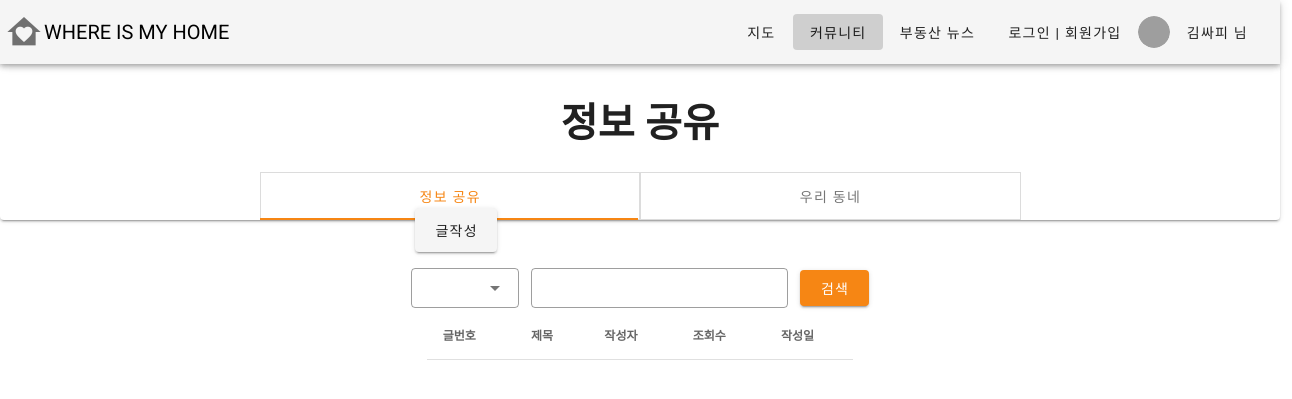
Repository: misso88/vue-whereIsMyHome
Page: /community
These files come from the project's save history. The page is drawn as it stood at one moment and after the next save; the edit follows.
The browser window is 1280 px wide. The page is 1292 px wide, so the pictures cover 1292 px, including what lies to the right of the window. The pictures show the whole page.
Pictures or frames that could not be fetched are drawn as grey boxes. The page's requests for data from a server got no answer. The project was rebuilt for these pictures with package versions that can differ from the ones it lists, and the page was loaded fresh each time. No one was signed in, and anything a server would have sent is missing. Also part of the build but not shown: vue.config.js, src/components/house/map/filter/LocationSelect.vue, src/components/house/HouseSearch.vue, src/views/AppMain.vue, src/views/AppHouse.vue, src/components/board/item/BoardListItem.vue, src/components/board/BoardMain.vue. Imported but missing from the stored project, and not drawn on this page: src/assets/main.mp4.

Above is the page before, as saved 2022-11-24 09:16:16.

### public/index.html
<!DOCTYPE html>
<html lang="en">
  <head>
    <meta charset="utf-8" />
    <meta http-equiv="X-UA-Compatible" content="IE=edge" />
    <meta name="viewport" content="width=device-width,initial-scale=1.0" />
    <link rel="icon" href="<%= BASE_URL %>favicon.ico" />
    <title><%= htmlWebpackPlugin.options.title %></title>
    <link
      rel="stylesheet"
      href="https://fonts.googleapis.com/css?family=Roboto:100,300,400,500,700,900"
    />
    <link
      rel="stylesheet"
      href="https://cdn.jsdelivr.net/npm/@mdi/font@latest/css/materialdesignicons.min.css"
    />
    <link
      rel="stylesheet"
      href="https://fonts.googleapis.com/css?family=Roboto:100,300,400,500,700,900"
    />
    <link
      rel="stylesheet"
      href="https://cdn.jsdelivr.net/npm/@mdi/font@latest/css/materialdesignicons.min.css"
    />
    <!-- <style>
      html{
        overflow-y: hidden !important;
      }
    </style> -->
  </head>
  <body>
    <noscript>
      <strong
        >We're sorry but <%= htmlWebpackPlugin.options.title %> doesn't work properly without
        JavaScript enabled. Please enable it to continue.</strong
      >
    </noscript>
    <div id="app"></div>
    <!-- built files will be auto injected -->
  </body>
</html>

### src/App.vue
<template>
  <v-app>
    <the-header></the-header>
    <router-view></router-view>
  </v-app>
</template>

<script>
import TheHeader from "@/components/layout/TheHeader";

export default {
  name: "App",
  components: {
    TheHeader,
  },
};
</script>

### src/router/index.js
import Vue from "vue";
import VueRouter from "vue-router";

import AppMain from "@/views/AppMain";
import AppHouse from "@/views/AppHouse";
// import AppCommunity from '@/views/AppCommunity'
// import AppNews from '@/views/AppNews'
// import AppMember from '@/views/AppMember'

Vue.use(VueRouter);

const routes = [
  {
    path: "/",
    name: "main",
    component: AppMain,
  },
  {
    path: "/map",
    name: "map",
    component: AppHouse,
    redirect: "/map/main",
    children: [
      {
        path: "main",
        name: "housemain",
        component: () => import("@/components/house/HouseMain"),
      },
      {
        path: "detail",
        name: "houseDetail",
        component: () => import("@/components/house/HouseDetail"),
      },
    ],
  },
  {
    path: "/community",
    name: "community",
    component: () => import("@/views/AppCommunity"),
    redirect: "/community/main",
    children: [
      {
        path: "main",
        name: "boardmain",
        component: () => import("@/components/board/BoardMain"),
      },
      {
        path: "list",
        name: "boardlist",
        component: () => import("@/components/board/BoardList"),
      },
      {
        path: "write",
        name: "boardwrite",
        component: () => import("@/components/board/BoardWrite"),
      },
      {
        path: "detail/:articleno",
        name: "boarddetail",
        component: () => import("@/components/board/BoardDetail"),
      },
      {
        path: "update",
        name: "boardupdate",
        component: () => import("@/components/board/BoardUpdate"),
      },
    ],
  },
  {
    path: "/news",
    name: "news",
    component: () => import("@/views/AppNews"),
  },
  // {
  //   path: '/house',
  //   name: 'house',
  //   component: () => import("@/views/AppHouse"),
  //   children: [
  //     {
  //       path: "login",
  //       name: "login",
  //       component: () => import("@/components/member/MemberLogin")
  //     },
  //     {
  //       path: "join",
  //       name: "join",
  //       component: () => import("@/components/member/MemberJoin")
  //     },
  //   ]
  // },
  {
    path: "/member",
    name: "member",
    component: () => import("@/views/AppMember"),
    redirect: "/member/login",
    children: [
      {
        path: "login",
        name: "login",
        component: () => import("@/components/member/MemberLogin"),
      },
      {
        path: "findpw",
        name: "findpw",
        component: () => import("@/components/member/MemberFindPw"),
      },
      {
        path: "auth",
        name: "auth",
        component: () => import("@/components/member/MemberAuth"),
      },
      {
        path: "updatepw",
        name: "updatepw",
        component: () => import("@/components/member/MemberUpdatePw"),
      },
      {
        path: "join",
        name: "join",
        component: () => import("@/components/member/MemberJoin"),
      },
    ],
  },
  {
    path: "/mypage",
    name: "mypage",
    component: () => import("@/views/AppMypage"),
    children: [
      {
        path: "myinfo",
        name: "myinfo",
        component: () => import("@/components/mypage/MyInfo"),
      },
      {
        path: "wishlist",
        name: "wishlist",
        component: () => import("@/components/mypage/MyWishlist"),
      },
      {
        path: "mycommunity",
        name: "mycommunity",
        component: () => import("@/components/mypage/MyCommunity"),
      },
    ],
  },
  {
    path: "/notice",
    name: "notice",
    component: () => import("@/views/AppNotice"),
  },
  {
    path: "/helpcenter",
    name: "helpcenter",
    component: () => import("@/views/AppHelpcenter"),
    redirect: "/helpcenter/qna",
    children: [
      {
        path: "qna",
        name: "qna",
        component: () => import("@/components/etc/TheQna"),
      },
      {
        path: "faq",
        name: "faq",
        component: () => import("@/components/etc/TheFaq"),
      },
    ],
  },
];

const router = new VueRouter({
  mode: "history",
  base: process.env.BASE_URL,
  routes,
});

export default router;

### src/store/index.js
import Vue from "vue";
import Vuex from "vuex";
import createPersistedState from "vuex-persistedstate";

// module import
import mainStore from "@/store/modules/mainStore";
import boardStore from "@/store/modules/boardStore";
import mypageStore from "@/store/modules/mypageStore";
import memberStore from "@/store/modules/memberStore";
import aptSearchStore from "@/store/modules/aptSearchStore";

Vue.use(Vuex);

let store = new Vuex.Store({
  namespaced: true,

  // 모듈 추가
  modules: {
    aptSearchStore,
    mainStore,
    boardStore,
    memberStore,
    mypageStore,
  },
  plugins: [
    createPersistedState({
      // 브라우저 종료시 제거하기 위해 localStorage가 아닌 sessionStorage로 변경. (default: localStorage)
      storage: sessionStorage,
    }),
  ],
});

export default store;

### src/plugins/vuetify.js
import Vue from 'vue';
import Vuetify from 'vuetify/lib';

Vue.use(Vuetify);

export default new Vuetify({
    theme: {
        themes: {
            light: {
                primary: '#F68614'
            },
            dark: {

            }
        }
    },
    icons: {
        iconfont: 'mdiSvg', // 'mdi' || 'mdiSvg' || 'md' || 'fa' || 'fa4' || 'faSvg'
    },
});

### src/components/layout/TheHeader.vue
<template>
  <v-app-bar app clipped-left fixed style="z-index: 2">
    <!-- 홈 버튼 아이콘 + 서비스 제목 -->
    <router-link :to="{ name: 'main' }">
      <v-row align="center">
        <v-icon x-large>mdi-home-heart</v-icon>
        <v-toolbar-title default>WHERE IS MY HOME</v-toolbar-title>
      </v-row>
    </router-link>

    <v-spacer></v-spacer>

    <!-- 메뉴 -->
    <v-btn v-for="menu in menus" :key="menu.link" :to="{ name: menu.link }" text>
      {{ menu.value }}
    </v-btn>

    <!-- 프로필 -->
    <v-avatar size="32">
      <img src="https://cdn.vuetifyjs.com/images/john.jpg" alt="John" />
    </v-avatar>
    <v-menu offset-y>
      <template v-slot:activator="{ on, attrs }">
        <v-btn color="transparent" elevation="0" v-bind="attrs" v-on="on"> 김싸피 님 </v-btn>
      </template>
      <v-list>
        <v-list-item>
          <v-row>
            <v-col>
              <v-avatar size="36">
                <img src="https://cdn.vuetifyjs.com/images/john.jpg" alt="John" />
              </v-avatar>
            </v-col>
            <v-col>
              <v-list-item-title class="text-h6"> 김싸피 </v-list-item-title>
              <v-list-item-subtitle>ssafy@ssafy.com</v-list-item-subtitle>
            </v-col>
          </v-row>
        </v-list-item>
      </v-list>
      <v-divider class="grey"></v-divider>
      <v-list>
        <v-list-item v-for="(item, index) in mypage" :key="index" class="justify-space-around">
          <v-icon>mdi-{{ item.icon }}</v-icon>
          <v-btn :to="{ name: item.link }" text> {{ item.value }}</v-btn>
        </v-list-item>
      </v-list>
    </v-menu>
  </v-app-bar>
</template>

<script>
export default {
  name: "TheHeader",
  data() {
    return {
      menus: [
        {
          link: "map",
          value: "지도",
        },
        {
          link: "community",
          value: "커뮤니티",
        },
        {
          link: "news",
          value: "부동산 뉴스",
        },
        {
          link: "login",
          value: "로그인 | 회원가입",
        },
      ],
      mypage: [
        {
          link: "myinfo",
          value: "내정보",
          icon: "account",
        },
        {
          link: "wishlist",
          value: "찜 목록",
          icon: "cards-heart",
        },
        {
          link: "mycommunity",
          value: "내글 목록",
          icon: "pencil-box-multiple",
        },
        {
          link: "notice",
          value: "공지사항",
          icon: "bullhorn",
        },
        {
          link: "helpcenter",
          value: "고객센터",
          icon: "face-agent",
        },
        {
          link: "main",
          value: "로그아웃",
          icon: "account-arrow-right-outline",
        },
      ],
    };
  },
};
</script>

<style>
a {
  text-decoration: none;
}
a > div {
  color: black;
}
</style>

### src/views/AppCommunity.vue
<template>
  <v-main>
    <board-header></board-header>
    <v-row>
    <v-spacer/>
    <v-col :cols="mainWidth">
      <v-row align="center" justify="space-between">
        <v-btn large>글작성</v-btn>
        <search-bar></search-bar>
      </v-row>
      <!-- <router-view></router-view> -->
      <board-list></board-list>
    </v-col>
  <v-spacer/>
  </v-row>
  </v-main>
</template>

<script>
import BoardHeader from "@/components/board/BoardHeader.vue";
import SearchBar from "@/components/layout/SearchBar.vue";
import BoardList from "@/components/board/BoardList.vue";

export default {
  name: "AppCommunity",
  components: { BoardHeader, SearchBar, BoardList },
  data() {
    return {
      mainWidth: this.$store.getters.mainWidth,
      options: [
        {
          text:"제목",
          value:"title",
        },
        {
          text:"내용",
          value:"contents"
        },
        {
          text:"작성자",
          value:"author"
        },
      ]
    };
  },
  created() {
    console.log("cr", this.mainWidth);
  }
};
</script>

<style>

</style>

### src/components/board/BoardList.vue
<template>
  <div>
    <!-- <h2>List {{ getTab }}</h2> -->
    <v-simple-table>
      <thead>
        <tr>
          <th v-for="header in headers" :key="header">{{ header }}</th>
        </tr>
      </thead>
      <tbody>
        <board-list-item v-for="article in getList" :key="article.articleNo" v-bind="article"></board-list-item>
      </tbody>
    </v-simple-table>
  </div>
</template>

<script>
import BoardListItem from "@/components/board/item/BoardListItem";
import { listArticle } from "@/api/board";

export default {
  name: "BoardList",
  data() {
    return {
      headers: ["글번호", "제목", "작성자", "조회수", "작성일"],
      articles: [],
    };
  },
  components: {
    BoardListItem,
  },
  computed: {
    getTab() {
      console.log();
      return this.$store.state.boardStore.categoryTab;
    },
    getList() {
      let param = {
        category: this.$store.state.boardStore.categoryTab == 0 ? "share" : "local",
        pgno: this.$store.state.boardStore.pgno,
        pageSize: this.$store.state.boardStore.pageSize,
        option: this.$store.state.boardStore.option,
        keyword: this.$store.state.boardStore.keyword,
      };
      listArticle(
        param,
        ({ data }) => {
          this.articles = data;
          console.log(this.articles);
        },
        (error) => {
          console.log(error);
        }
      );
      return this.articles;
    },
  },
};
</script>

<style></style>

### src/store/modules/mainStore.js
let mainStore = {
  namespaced: true,
  state: {
    mainWidth: 7,
  },
  getters: {},
  mutations: {},
  actions: {},
};

export default mainStore;

### src/store/modules/boardStore.js
import axios from 'axios';

let boardStore = {
  namespaced: true,
  state: {
    boardList: [],
    searchOptions: [], // 제목, 내용, 작성자
    categoryTab: 0, // 정보공유, 우리동네
    pgno: 1,
    pageSize: 10,
    option: null,
    keyword: null,
    pageLength: 1,
  },
  getters: {},
  mutations: {
    SET_CATEGORY_TAB(state, tab) {
      state.categoryTab = tab;
    },
    SET_SEARCH_OPTIONS(state, options) {
      state.searchOptions = options;
    },
    SET_OPTION(state, option) {
      state.option = option;
    },
    SET_KEYWORD(state, keyword) {
      state.keyword = keyword;
    },
    SET_BOARD_LIST(state, boardList) {
      state.boardList = boardList;
    },
    SET_PAGE_LENGTH(state, pageLength) {
      state.pageLength = pageLength;
    },
  },
  actions: {
    async getBoardList(context) {
      await axios.get(`${process.env.VUE_APP_BACKEND_SERVER_URL}/board/${this.state.categoryTab}/${this.state.pgno}/${this.state.pageSize}`)
        .then(({ data }) => {
          context.commit("SET_PAGE_LENGTH", data.pageLength);
          context.commit("SET_BOARD_LIST", data.list);
        });
    },
    async searchArticles(context) {
      await axios.get(`${process.env.VUE_APP_BACKEND_SERVER_URL}/board/${this.state.categoryTab}/${this.state.pgno}/${this.state.pageSize}/${this.state.option}/${this.state.keyword}`)
        .then(({ data }) => {
          context.commit("SET_BOARD_LIST", data);
        });
    },

  },
};

export default boardStore;

### src/store/modules/mypageStore.js
let mypageStore = {
    namespaced: true,
    state: {
      mypageTab: 0,
    },
    getters: {},
    mutations: {
      SET_MYPAGE_TAB(state, tab) {
        state.mypageTab = tab;
      },
    },
    actions: {},
  };

  export default mypageStore;

### src/store/modules/memberStore.js
// import axios from 'axios';

let memberStore = {
    namespaced: true,
    state: {
        isLogin: false,
        isLoginError: false,
        userInfo: null,
        isValidToken: false,
    },
};

export default memberStore;

### src/store/modules/AptSearchStore.js
import axios from 'axios';

export default {
  state: {
    sidoList: [],
    gugunList: [],
    dongList: [],
    aptList: [],
    currentLocation: null,
  },
  mutations: {
    SET_SIDO(state, sidoList) {
      console.log("SET_SIDO called!!")
      let list = [];
      for (const sido of sidoList) {
        list.push(sido);
      }
      state.sidoList = list;
      console.log("state.sidoList ↓");
      console.dir(state.sidoList);
    },
    SET_GUGUN(state, gugunList) {
      console.log("SET_GUGUN called!!");
      let list = [];
      for (const gugun of gugunList) {
        list.push(gugun);
      }
      state.gugunList = list;
      console.log("state.gugunList ↓");
      console.dir(state.gugunList);
    },
    SET_DONG(state, dongList) {
      console.log("SET_DONG called!!");
      let list = [];
      for (const dong of dongList) {
        list.push(dong);
      }
      state.dongList = list;
      console.log("state.dongList ↓");
      console.dir(state.dongList);
    },
    SET_APT_LIST(state, aptList) {
      console.log("SET_APT_LIST called!!");
      let list = [];
      for (const apt of aptList) {
        list.push(apt);
      }
      state.aptList = list;
      console.log("state.aptList ↓");
      console.dir(state.aptList);
    },
    SET_CURRENT_LOCATION(state, location) {
      state.currentLocation = location;
    },
  },
  actions: {
    async getSidoList(context) {
      console.log("getSidoList called!!");
      await axios.get(`${process.env.VUE_APP_BACKEND_SERVER_URL}/house/sido`)
        .then(({ data }) => {
          console.log("sido data is arrived!");
          context.commit("SET_SIDO", data);
        });
    },
    async getGugunList(context, sidoCode) {
      console.log("getGugunList called!!");
      console.log("param sido: ", sidoCode);
      await axios.get(`${process.env.VUE_APP_BACKEND_SERVER_URL}/house/gugun/${sidoCode}`)
        .then(({ data }) => {
          console.log("gugun data is arrived!");
          context.commit("SET_GUGUN", data);
        });
    },
    async getDongList(context, gugunCode) {
      console.log("getDongList called!!");
      console.log("param gugun: ", gugunCode);
      await axios.get(`${process.env.VUE_APP_BACKEND_SERVER_URL}/house/dong/${gugunCode}`)
        .then(({ data }) => {
          console.log("dong data is arrived!");
          context.commit("SET_DONG", data);
        });
    },
    async getAptListBySelect(context, param) {
      console.log("getAptListBySelect called!!");
      console.log("param code: ", param.code);
      console.log("param date: ", param.yearMonth);
      await axios.get(`${process.env.VUE_APP_BACKEND_SERVER_URL}/house/apt/${param.code}/${param.yearMonth}`)
        .then(({ data }) => {
          console.log("apt list arrived!");
          context.commit("SET_APT_LIST", data);
        });
    },
  },
};

### src/components/board/BoardHeader.vue
<template>
  <v-card id="tab">
    <v-card-title class="text-center justify-center py-6">
      <h1 class="font-weight-bold ma-5">
        {{ tabs[tab] }}
      </h1>
    </v-card-title>
    <v-row>
      <v-spacer />
      <v-col :cols="mainWidth" class="pa-0">
        <v-tabs  v-model="tab" grow>
          <v-tab v-for="(tab, index) in tabs" :key="index" @click="clickTab(index)" style="border: 1px solid gainsboro">
            {{ tab }}
          </v-tab>
        </v-tabs>
      </v-col>
      <v-spacer />
    </v-row>
  </v-card>
</template>

<script>
import { mapMutations } from "vuex";

export default {
  name: "BoardHeader",
  data() {
    return {
      mainWidth: this.$store.state.mainStore.mainWidth,
      tab: this.$store.state.boardStore.communityTab,
      tabs: ["정보 공유", "우리 동네"],
    };
  },
  methods: {
    ...mapMutations("boardStore", ["SET_COMMUNITY_TAB"]),
    clickTab(selectedTab) {
      this.SET_COMMUNITY_TAB(selectedTab);
    },
  },
};
</script>

<style>
#tab {
/* background-color: rgba(255, 122, 255, 0.911); */
}
</style>

### src/components/layout/SearchBar.vue
<template>
  <div>
    <v-row class="my-1 pa-1" align="center">
      <v-col cols="3" class="pa-1">
        <v-select v-model="option" :items="getOptions" dense outlined hide-details></v-select>
      </v-col>
      <v-col cols="7" class="pa-2">
        <v-text-field v-model="keyword" type="text" outlined hide-details dense></v-text-field>
      </v-col>
      <v-col cols="2" class="pa-1">
        <v-btn color="primary" width="100%" @click="search">검색</v-btn>
      </v-col>
    </v-row>
  </div>
</template>

<script>
import { mapMutations } from "vuex";

export default {
  name: "BoardSearch",
  data() {
    return {
      option: {
        text: "제목",
        value: "title",
      },
      keyword: "",
    };
  },
  computed: {
    getOptions() {
      return this.$store.state.boardStore.searchOptions;
    },
  },
  methods: {
    ...mapMutations("boardStore", ["SET_OPTION", "SET_KEYWORD"]),
    search() {
      this.SET_OPTION(this.option.value);
      this.SET_KEYWORD(this.keyword);
    },
  },
};
</script>

<style>
.search {
  height: 50px;
}
</style>

### src/api/board.js
import { apiInstance } from "./index";

const api = apiInstance();
const board = "/board";

// /{category}
function listArticle(param, success, fail) {
  api.get(`${board}`, {params: param}).then(success).catch(fail);
}

// /{articleNo}
function getArticle(articleNo, success, fail) {
  api.get(`${board}/view/${articleNo}`).then(success).catch(fail);
}

// /{category}/{pgno}/{pageSize}/{option}/{keyword}
// function getBoardList(param, success, fail) {
//   api.get(`${board}`, { params: param }).then(success).catch(fail);
// }

function writeArticle(article, success, fail) {
  api.post(`${board}`, JSON.stringify(article)).then(success).catch(fail);
}

function modifyArticle(article, success, fail) {
  api.put(`${board}`, JSON.stringify(article)).then(success).catch(fail);
}

function updateHit(article, success, fail) {
  api.put(`${board}/hit`, JSON.stringify(article)).then(success).catch(fail);
}

function updateLike(article, success, fail) {
  api.put(`${board}/like`, JSON.stringify(article)).then(success).catch(fail);
}

// /{articleNo}
function deleteArticle(articleNo, success, fail) {
  api.delete(`${board}/${articleNo}`).then(success).catch(fail);
}

export { listArticle, getArticle, writeArticle, modifyArticle, updateHit, updateLike, deleteArticle };

### src/api/index.js
import axios from "axios";

function apiInstance() {
  const instance = axios.create({
    baseURL: process.env.VUE_APP_BACKEND_SERVER_URL,
    headers: {
      "Content-Type": "application/json;charset=utf-8",
    },
  });
  return instance;
}

export { apiInstance };

Loaded but not shown: src/main.js (common file)

After the next save:
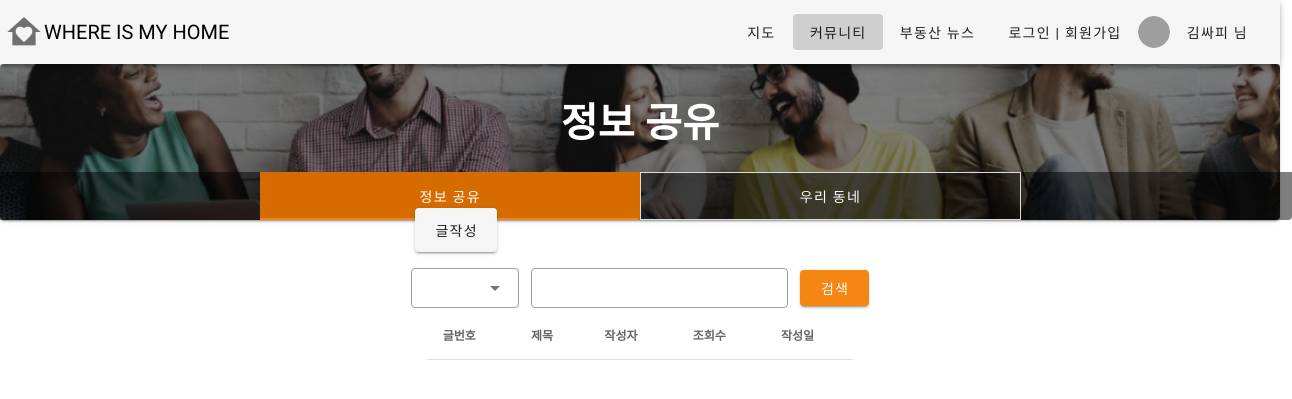
Saved 45 s later.
--- a/src/components/board/BoardHeader.vue
+++ b/src/components/board/BoardHeader.vue
@@ -1,15 +1,22 @@
 <template>
-  <v-card id="tab">
+  <v-card id="boardTab">
     <v-card-title class="text-center justify-center py-6">
-      <h1 class="font-weight-bold ma-5">
+      <h1 class="font-weight-bold ma-5 white--text">
         {{ tabs[tab] }}
       </h1>
     </v-card-title>
-    <v-row>
+    <v-row id="tabLine">
       <v-spacer />
       <v-col :cols="mainWidth" class="pa-0">
-        <v-tabs  v-model="tab" grow>
-          <v-tab v-for="(tab, index) in tabs" :key="index" @click="clickTab(index)" style="border: 1px solid gainsboro">
+        <v-tabs v-model="tab" grow background-color="transparent" color="primary">
+          <v-tab
+            v-for="(tab, index) in tabs"
+            :key="index"
+            @click="clickTab(index)"
+            style="border: 1px solid gainsboro"
+            class="white--text"
+            active-class="primary darken-1"
+          >
             {{ tab }}
           </v-tab>
         </v-tabs>
@@ -27,21 +34,30 @@ export default {
   data() {
     return {
       mainWidth: this.$store.state.mainStore.mainWidth,
-      tab: this.$store.state.boardStore.communityTab,
+      tab: this.$store.state.boardStore.categoryTab,
       tabs: ["정보 공유", "우리 동네"],
     };
   },
   methods: {
-    ...mapMutations("boardStore", ["SET_COMMUNITY_TAB"]),
+    ...mapMutations("boardStore", ["SET_CATEGORY_TAB", "SET_PGNO", "SET_KEYWORD"]),
     clickTab(selectedTab) {
-      this.SET_COMMUNITY_TAB(selectedTab);
+      this.SET_CATEGORY_TAB(selectedTab);
+      this.SET_PGNO(this.page);
+      this.SET_KEYWORD(null);
+      this.$router.go({
+        name: "community",
+      });
     },
   },
 };
 </script>
 
 <style>
-#tab {
-/* background-color: rgba(255, 122, 255, 0.911); */
+#boardTab {
+  background-image: url("@/assets/community.png");
+  background-size: cover;
+}
+#tabLine{
+  background-color: rgb(0,0,0,0.5);
 }
 </style>
